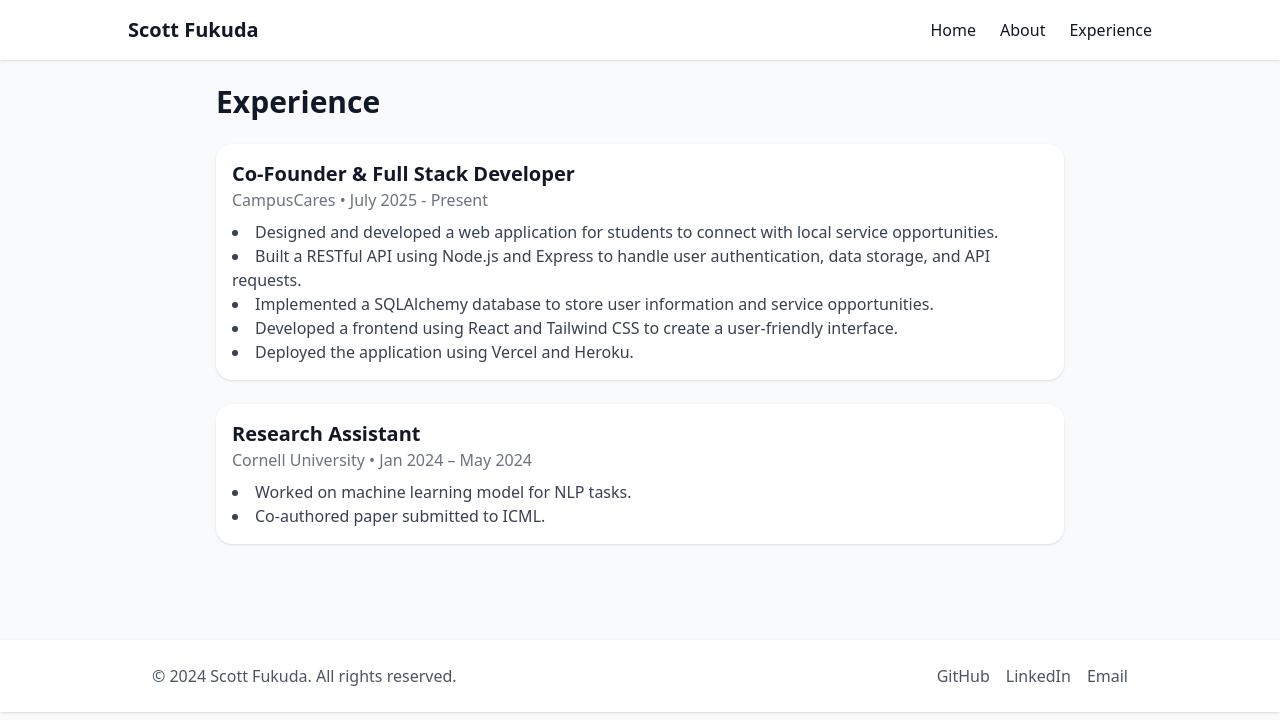
Repository: Scott-Fukuda/personalWebsite
Page: /experience
The author's editor kept a copy of each file at every save. The page is drawn from the files as they stood at one save, then again after the next save.
The browser window is 1280 px wide. The pictures show the whole page.
The project was rebuilt for these pictures with package versions that can differ from the ones it lists, and the page was loaded fresh each time. Also part of the build but not shown: vite.config.js, src/components/ProjectCard.jsx, src/data/projects.jsx, src/pages/Home.jsx, src/pages/About.jsx.

Above is the page before, as saved 2025-08-27 17:11:41.

After the next save:
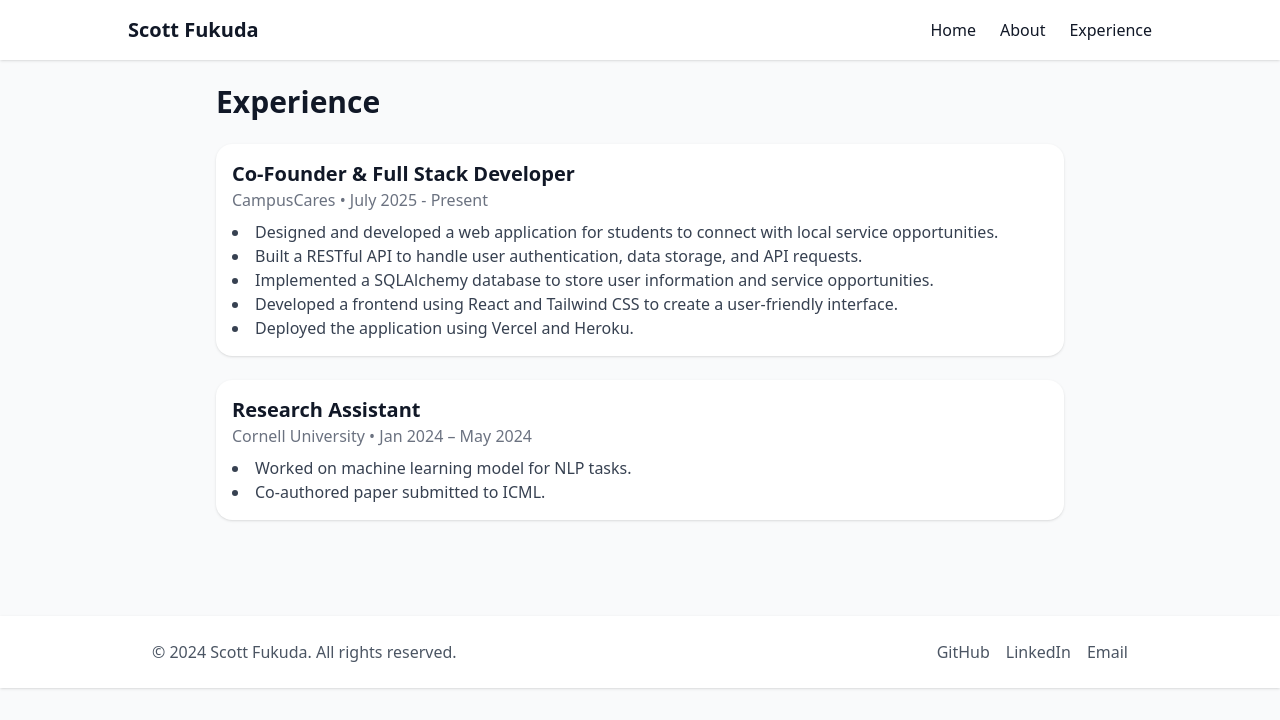
Saved 12 s later.
--- a/src/data/experiences.js
+++ b/src/data/experiences.js
@@ -5,7 +5,7 @@ export const experiences = [
     duration: "July 2025 - Present",
     description: [
       "Designed and developed a web application for students to connect with local service opportunities.",
-      "Built a RESTful API using Node.js and Express to handle user authentication, data storage, and API requests.",
+      "Built a RESTful API to handle user authentication, data storage, and API requests.",
       "Implemented a SQLAlchemy database to store user information and service opportunities.",
       "Developed a frontend using React and Tailwind CSS to create a user-friendly interface.",
       "Deployed the application using Vercel and Heroku.",
